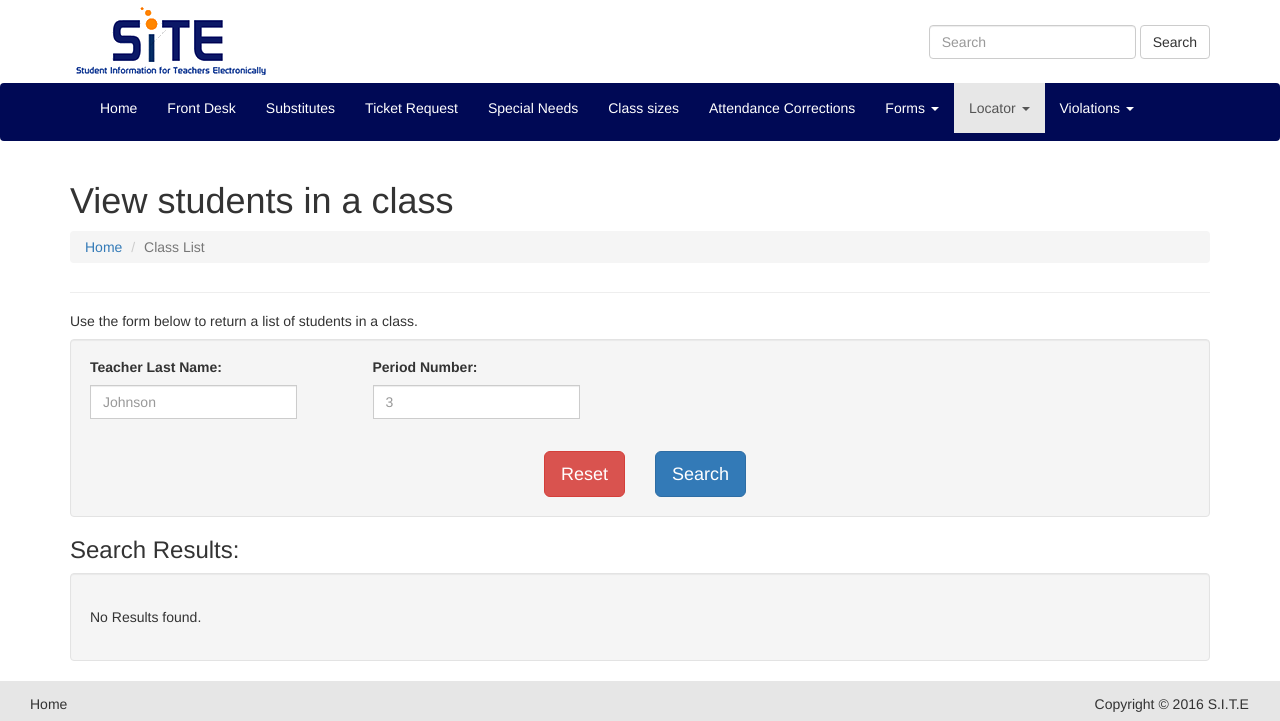
Repository: theFeez/S.I.T.E.
Page: workspace/class_list.html
The author's editor kept a record of every edit. The page is drawn from the files as they stood at one moment, then again after the next edit.
The browser window is 1280 px wide. The pictures show the whole page.
Some web libraries are served in a nearby version.

Above is the page before.

### workspace/class_list.html
<!DOCTYPE html>
<html lang="en">

<head>
  <meta charset="utf-8">
  <meta http-equiv="X-UA-Compatible" content="IE=edge">
  <meta name="viewport" content="width=device-width, initial-scale=1">
  <title>S.I.T.E</title>

  <!-- Bootstrap -->
  <link href="css/bootstrap.css" rel="stylesheet">

  <!--[if lt IE 9]>
      <script src="https://oss.maxcdn.com/html5shiv/3.7.2/html5shiv.min.js"></script>
      <script src="https://oss.maxcdn.com/respond/1.4.2/respond.min.js"></script>
    <![endif]-->
</head>

<body>
  <!-- Static header -->
  <div id="header">
    <nav class="navbar navbar-default navbar-white navbar-static-top">
      <div class="container">
        <div class="navbar-header">
          <a class="navbar-left" img="#"><img alt="Logo" src="images/site.png" class="logo"></a>
        </div>
        <form class="navbar-form navbar-right" role="search">
          <div class="form-group">
            <input type="text" class="form-control" placeholder="Search">
          </div>
          <button type="submit" class="btn btn-default">Search</button>
        </form>
      </div>
    </nav>
  </div>
  <div id="fixed">

  </div>
  <!-- Static navbar -->
  <nav class="navbar navbar-default nav_bar" style="margin-bottom:0">
    <div class="container">
      <div class="navbar-header">
        <button type="button" class="navbar-toggle collapsed" data-toggle="collapse" data-target="#bs-example-navbar-collapse-1" aria-expanded="false">
          <span class="sr-only">Toggle navigation</span>
          <span class="icon-bar"></span>
          <span class="icon-bar"></span>
          <span class="icon-bar"></span>
        </button>
        <div class="collapse navbar-collapse" id="bs-example-navbar-collapse-1">
          <ul class="nav navbar-nav">
            <!--HOME ACTIVE BTN--->
            <li><a href="main.html">Home </a></li>


            <!-- FRONT DESK BTN--->
            <li><a href="front_desk.html">Front Desk<span class="sr-only">(current)</span></a></li>

            <!-- SUBSTITUTE BTN--->
            <li><a href="substitutes.html">Substitutes</a></li>

            <!-- TICKET REQUEST BTN--->
            <li><a href="ticket_request.html">Ticket Request</a></li>

            <!-- FRONT DESK BTN--->
            <li><a href="special_needs.html">Special Needs</a></li>

            <!-- CLASS SIZE BTN--->
            <li><a href="class_sizes.html">Class sizes</a></li>

            <!-- ATTENDANCE CORRECTIONS BTN--->
            <li><a href="attendance_corrections.html">Attendance Corrections</a></li>

            <!-- FORMS DROPDOWN--->
            <li class="dropdown">
              <a href="#" class="dropdown-toggle" data-toggle="dropdown" role="button" aria-haspopup="true" aria-expanded="false">Forms <span class="caret"></span></a>
              <ul class="dropdown-menu">
                <li><a href="fieldtrip.html">Fieldtrip</a></li>
                <li><a href="prom_release.html">Prom Release</a></li>
                <li><a href="audit.html">Audit</a></li>
                <li role="separator" class="divider"></li>
                <li><a href="miscellaneous.html">Miscellaneous</a></li>
              </ul>

              <!-- FORMS DROPDOWN--->
              <li class="dropdown active">
                <a href="#" class="dropdown-toggle" data-toggle="dropdown" role="button" aria-haspopup="true" aria-expanded="false">Locator <span class="caret"></span></a>
                <ul class="dropdown-menu">
                  <li><a href="student_locator.html">Student Locator</a></li>
                  <li class="active"><a href="teacher_locator.html">Teacher Locator</a></li>
                </ul>
              </li>
            <!-- VIOLATIONS BTN--->
              <li class="dropdown">
                <a href="#" class="dropdown-toggle" data-toggle="dropdown" role="button" aria-haspopup="true" aria-expanded="false">Violations <span class="caret"></span></a>
                <ul class="dropdown-menu">
                  <li><a href="uniform_violation.html">Uniform Violation</a></li>
                  <li><a href="detention.html">Detention</a></li>
                  <li><a href="suspension.html">Suspension</a></li>
                </ul>
              </li>
          </ul>
        </div>
      </div>
    </div>
  </nav>
 <div class="container">
    <div class="page-header">
      <h1>View students in a class</h1>
      <ol class="breadcrumb">
        <li><a href="#">Home</a></li>
        <li class="active">Class List</li>
      </ol>
    </div>

  </div>
  <div class="container" style="margin-bottom:20px;">
    <p> Use the form below to return a list of students in a class.</p>
    <div class="well">
      <form action="demo.asp" method="get">
        <div class="row">
          <div class="col-lg-3">
            <p><b>Teacher Last Name:</b></p>
            <div class="input-group">
              <input type="text" class="form-control" placeholder="Johnson">
            </div>
            <!-- /input-group -->
          </div>
          <!-- /.col-lg-6 -->
          <div class="col-lg-3">
            <p><b>Period Number:</b></p>
            <div class="input-group">
              <input type="text" class="form-control" placeholder="3">
            </div>
            <!-- /input-group -->
          </div>
          <!-- /.col-lg-6 -->
      </div>
        <!-- /.row -->
        <br>
        <br>
        <div class="row">
          <div class="col-lg-6">
            <button type="reset" value="Reset" class="btn btn-lg btn-danger pull-right">Reset</button>
            <!--<button type="button" class="btn btn-lg btn-danger pull-right">&nbsp Clear &nbsp</button>-->
          </div>
          <div class="col-lg-6">
            <button type="button" class="btn btn-lg btn-primary">Search</button>
          </div>
      </form>
      </div>
    </div>
 <h3>Search Results:</h3>
    <div class="well">
      <br>
      No Results found.
      <br>
      <br>
      </div>
  </div>
  </div>
    <!-- Footer-->
   <nav class="navbar-default-grey footer">
    <div class="container-fluid">
      <p class="navbar-text navbar-text-footer navbar-left">Home</p>
      <p class="navbar-text navbar-text-footer navbar-right">Copyright &#169; 2016 S.I.T.E &nbsp &nbsp &nbsp &nbsp</p>
    </div>
  </nav>
  <!-- jQuery (necessary for Bootstrap's JavaScript plugins) -->
  <script src="https://ajax.googleapis.com/ajax/libs/jquery/1.11.3/jquery.min.js"></script>
  <script src="script.js"></script>
  <!-- Include all compiled plugins (below), or include individual files as needed -->
  <script src="js/bootstrap.min.js"></script>
</body>
</html>

### workspace/script.js
    $(function () {
		function closeSearch() {
            var $form = $('.navbar-collapse form[role="search"].active')
    		$form.find('input').val('');
			$form.removeClass('active');
		}

		// Show Search if form is not active // event.preventDefault() is important, this prevents the form from submitting
		$(document).on('click', '.navbar-collapse form[role="search"]:not(.active) button[type="submit"]', function(event) {
			event.preventDefault();
			var $form = $(this).closest('form'),
				$input = $form.find('input');
			$form.addClass('active');
			$input.focus();
		});
		// ONLY FOR DEMO // Please use $('form').submit(function(event)) to track from submission
		// if your form is ajax remember to call `closeSearch()` to close the search container
		$(document).on('click', '.navbar-collapse form[role="search"].active button[type="submit"]', function(event) {
			event.preventDefault();
			var $form = $(this).closest('form'),
				$input = $form.find('input');
			$('#showSearchTerm').text($input.val());
            closeSearch()
		});
    });

    // fixes the navbar thing to stick to top
    $(document).ready(function() {
  $(window).scroll(function () {

      //if you hard code, then use console
      //.log to determine when you want the
      //nav bar to stick.
    if ($(window).scrollTop() > 71) {
    	$('#fixed').show();
      $('.nav_bar').addClass('navbar-fixed-top');
    }

    if ($(window).scrollTop() < 71) {
    	$('#fixed').hide();
      $('.nav_bar').removeClass('navbar-fixed-top');
    }
  });
});


//smooth scroll to top
$("#homebtn").click(function() {
    $('html, body').animate({
        scrollTop: $("#header").offset().top
    }, 500);
});

//promt for password to exsit front desk kiosk
function passWord() {
var testV = 1;
var pass1 = prompt('Please Enter The Password',' ');
while (testV < 2) {
if (!pass1)
window.open("front_desk.html","_self");
if (pass1.toLowerCase() == "admin") {
window.open("main.html","_self");
break;
}
testV+=1;
var pass1 =
prompt('Access Denied - Password Incorrect, Please Try Again.','Password');
}
if (pass1.toLowerCase()!="password" & testV ==3)
history.go(-1);
return " ";
}

//for PTSA Page
var tabbed ="shop";
$("#donate").click(function(){
    $("#shopbody").hide();
    $("#paybody").hide();
    $("#"+tabbed).removeClass('active');
    $("#donate").addClass('active');
    $("#donatebody").show();
    tabbed="donate";
});

$("#payment").click(function(){
    $("#shopbody").hide();
    $("#donatebody").hide();
    $("#"+tabbed).removeClass('active');
    $("#payment").addClass('active');
    $("#paybody").show();
    tabbed="payment";
});

$("#shop").click(function(){
    $("#donatebody").hide();
    $("#paybody").hide();
    $("#"+tabbed).removeClass('active');
    $("#shopbody").show();
    $("#shop").addClass('active');
    tabbed="shop";
});

 function paygood(){
    $("#paybanner").fadeIn(1000).delay(2000).fadeOut(3000);
}

Loaded but not shown: workspace/css/bootstrap.css (library); workspace/js/bootstrap.min.js (library)

After the next edit:
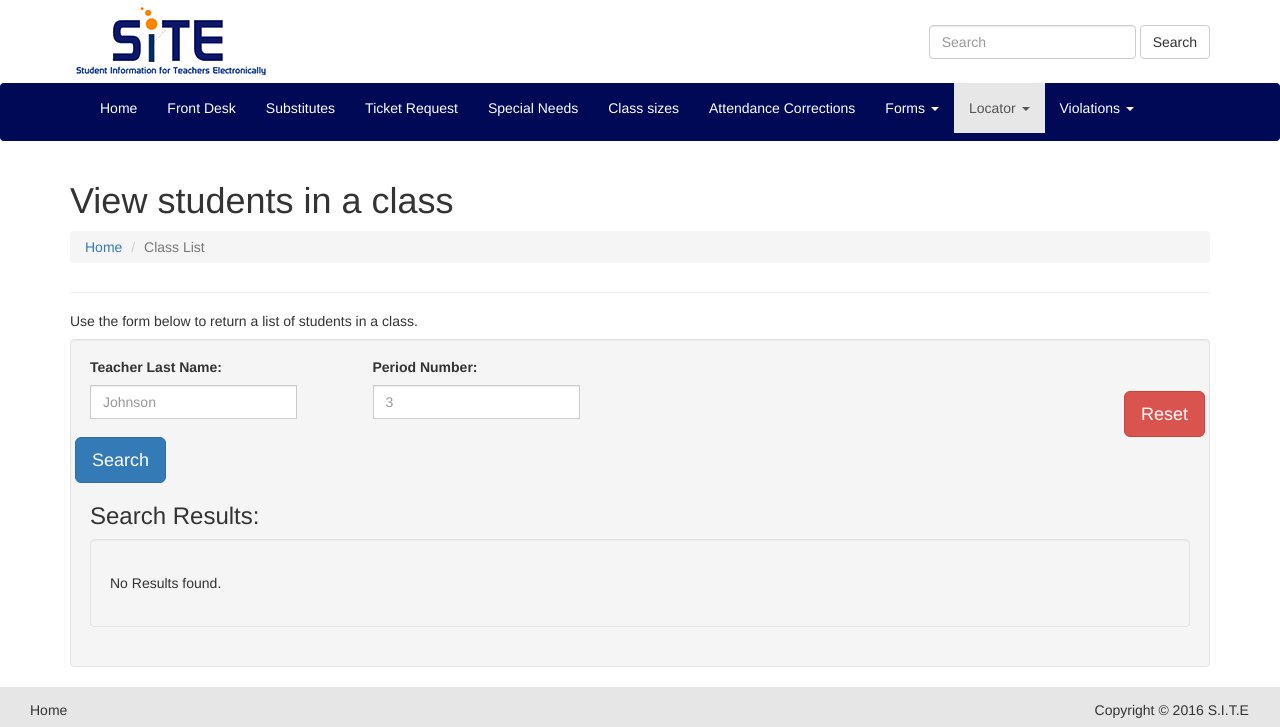
The edit:
--- a/workspace/class_list.html
+++ b/workspace/class_list.html
@@ -133,9 +133,6 @@
             </div>
             <!-- /input-group -->
           </div>
-          <!-- /.col-lg-6 -->
-      </div>
-        <!-- /.row -->
         <br>
         <br>
         <div class="row">
